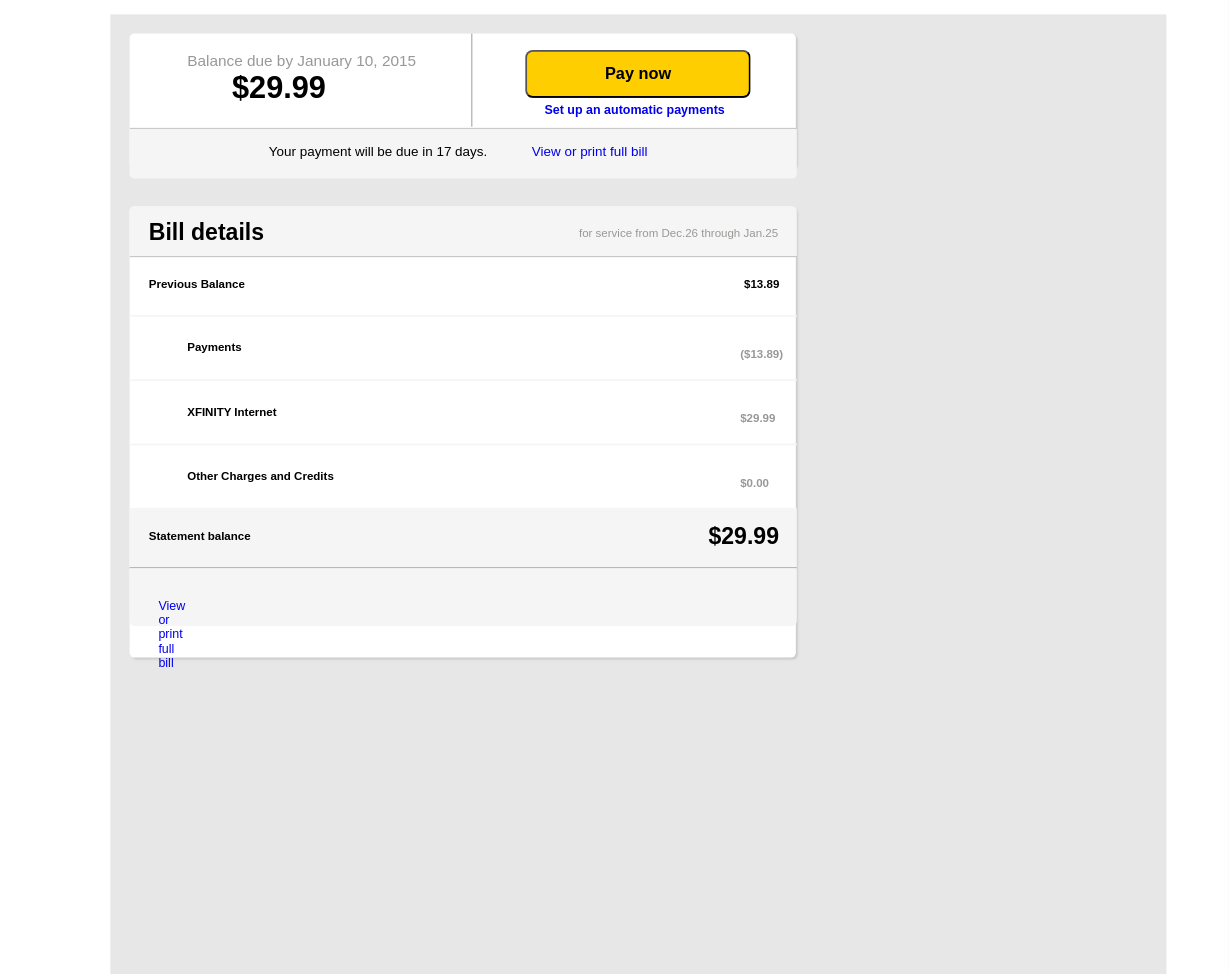
Repository: Sakivaday/UI-TSQ
Page: Aptana Studio 3 Workspace/tsq/assignment3/comcast2.html
These files come from the project's save history. The page is drawn as it stood at one moment and after the next save; the edit follows.
The browser window is 1280 px wide. The pictures show the whole page, at 96% of full size.
Pictures or frames that could not be fetched are drawn as grey boxes.

Above is the page before, as saved 2015-01-21 23:48:53.

### Aptana Studio 3 Workspace/tsq/assignment3/comcast2.html
<!DOCTYPE html>
<html lang="en">
	<head>


		<title>comcast2</title>
		<link href="comcst2.css" rel="stylesheet" type="text/css" media="all"/>
	</head>

	<body>
		<div class="bigbox">
			<div class="topleft1">

				<div class="cash">
					<p>Balance due by January 10, 2015</p>
					<h1>$29.99</h1>
				</div>
				<div class="pay">
					<button>Pay now</button>
					<a href="#">Set up an automatic payments</a>
				</div>
				<div class="days">
					<ul><li>
					<p>Your payment will be due in 17 days.
					<a href="#">View or print full bill</a></p>
				</li></ul>
				</div>
				</div>

			<div class="topleft2">
				<div class="billdetails">
					<h2>Bill details</h2>
					<div class="questionmark"></div>
					<p>for service from Dec.26 through Jan.25</p>
				</div>
			<div class="previousbalance">
				<p id="pb">Previous Balance</p>
				<p id="cc">$13.89</p>
			</div>
			<div class="rectbox1">
				<ul>
					<li>
						<div class="arrow"><p class="lft">Payments</p>
						</div>
						<p class="bill">($13.89)</p>
					</li></ul></div>

			<div class="rectbox1">	<ul>    <li>
						<div class="arrow"><p class="lft">XFINITY Internet</p>
						</div>
						<p class="bill">$29.99</p>
			</li></ul></div>
			<div class="rectbox1"><ul>		<li>
						<div class="arrow"><p class="lft">Other Charges and Credits</p>
						</div>
						<p class="bill">$0.00</p>
			</li></ul></div>
		<div class="statement">
					<p id="sb">Statement balance</p>
					<h2 id="p">$29.99</h2>
				</div>
				<div class="lst">
				<div class="pd">
					<a href="#">View or print full bill</a>
				</div></div>



			</div>



		</div>



	</body>
</html>

### Aptana Studio 3 Workspace/tsq/assignment3/comcst2.css
*{
	padding:0px;
	margin:0px;
	font-family: "Arial";
	text-decoration: none;
	list-style: none;
}
.bigbox {
	width:1100px;
	height: 1000px;
	margin-left:115px;
	margin-top: 15px;
	background-color: #e7e7e7;
}
.topleft1{
	width: 694px;
	height: 140px;
	background-color: white;
	box-shadow: 2px 2px 2px #cacaca;
	border-radius: 5px;
	margin-left: 20px;
	margin-top: 20px;
	display: inline-block;
}
.cash{
	float:left;
	margin-left: 30px;
	margin-top:20px;
	width: 47%;
}
.cash p{
	color: #989896;
	margin-left: 30px;
}
.cash h1{
	text-align: center;
	margin-left: -75px;
}
button{
	background-color: #fece00;
	width: 235px;
	height: 50px;
	border-radius: 8px;
	font-weight: bold;
	font-size: 17px;
	float:left;
	margin-left: 55px;
	margin-top: 17px;
}
.pay a{
	font-size: 13px;
	font-weight:600;
	margin-left: 75px;
	padding-top: 5px;
	padding-bottom: 10px;
	display: inline-block;
}
.pay{
	width: 47%;
	float:left;
	border-left: 1px solid #989896;
}
.days{
	background-color: #F5F5F5;
	border-top: 1px solid #989896;
	height: 52px;
	width: 695px;
	margin-top: 98px;
	border-radius: 0px 0px 5px 5px;
}
.days ul li p{
	margin-left: 145px;
	margin-top: 16px;
	font-size: 14px;
}
.days ul li a{
	font-size:14px;
	margin-left: 274px;
    display:inherit;
    margin-top: -17px;
}
.pdf{
	margin-left: 500px;
	margin-top: 16px;
	font-size: 14px;
}
.topleft2{
	width: 694px;
	height: 470px;
	background-color: white;
	box-shadow: 2px 2px 2px #cacaca;
	border-radius: 5px;
	margin-left: 20px;
	margin-top: 40px;
	display: inline-block;
}
.billdetails{
    background-color: #F5F5F5;
	border-bottom: 1px solid #989896;
	height: 52px;
	width: 695px;
	border-radius: 5px 5px 0px 0px;
}
.billdetails h2{
	margin-top: 13px;
	margin-left: 20px;
	float: left;
}
.questionmark{
	background: url('pictures/sprite.png') no-repeat;
	width:14px;
	height:14px;
	background-position: -200px -1300px;
	float: left;
	margin-top: 21px;
	margin-left: 10px;
}
.billdetails p{
	margin-top: -14px;
	margin-left: 328px;
	float:left;
	font-size: 12px;
	color: #989896;
}
.previousbalance{
	border-bottom: 2px solid #F5F5F5;
	height: 60px;
	width: 695px;
}
#pb{
	margin-left:20px;
	margin-top: 21px;
	font-weight:600;
	float:left;
	font-size: 12px;
}
#cc{
	margin-left:520px;
	margin-top: 21px;
	font-weight:600;
	float: left;
	font-size: 12px;
}
.arrow{
	background: url('pictures/sprite.png') no-repeat;
	width:23px;
	height:23px;
	background-position: -101px -500px;
	float: left;
	margin-top: 21px;
	margin-left: 20px;
}
.lft{
	float: left;
	margin-top: 4px;
	margin-left: 40px;
	font-weight:600;
	font-size: 12px;
	width: 160px;
}
.bill{
	float: left;
	margin-top: -12px;
	margin-left: 636px;
	font-weight:600;
	font-size: 12px;
	color: #989896;
	display:inline-block;
}
.rectbox1{
	border-bottom: 2px solid #F5F5F5;
	height: 65px;
	width: 695px;
}
.statement{
	border-bottom: 1px solid #989896;
	height: 60px;
	width: 695px;
	background-color: #F5F5F5;
}
#sb{
	margin-left:20px;
	margin-top: 21px;
	font-weight:600;
	float:left;
	font-size: 12px;
}
#p{
	margin-left: 603px;
	margin-top: -21px;
	float: left;
}
.lst{
	height: 60px;
	width: 695px;
	background-color: #F5F5F5;
	border-radius: 0px 0px 5px 5px;
}
.pd{
	background: url('pictures/sprite.png') no-repeat;
	width:22px;
	height:27px;
	background-position: -252px -300px;
	float: left;
	margin-top: 21px;
	margin-left: 10px;
}
.lst .pd a{
	float: left;
	margin-left: 20px;
	margin-top: 10px;
	font-size: 13px;
}

After the next save:
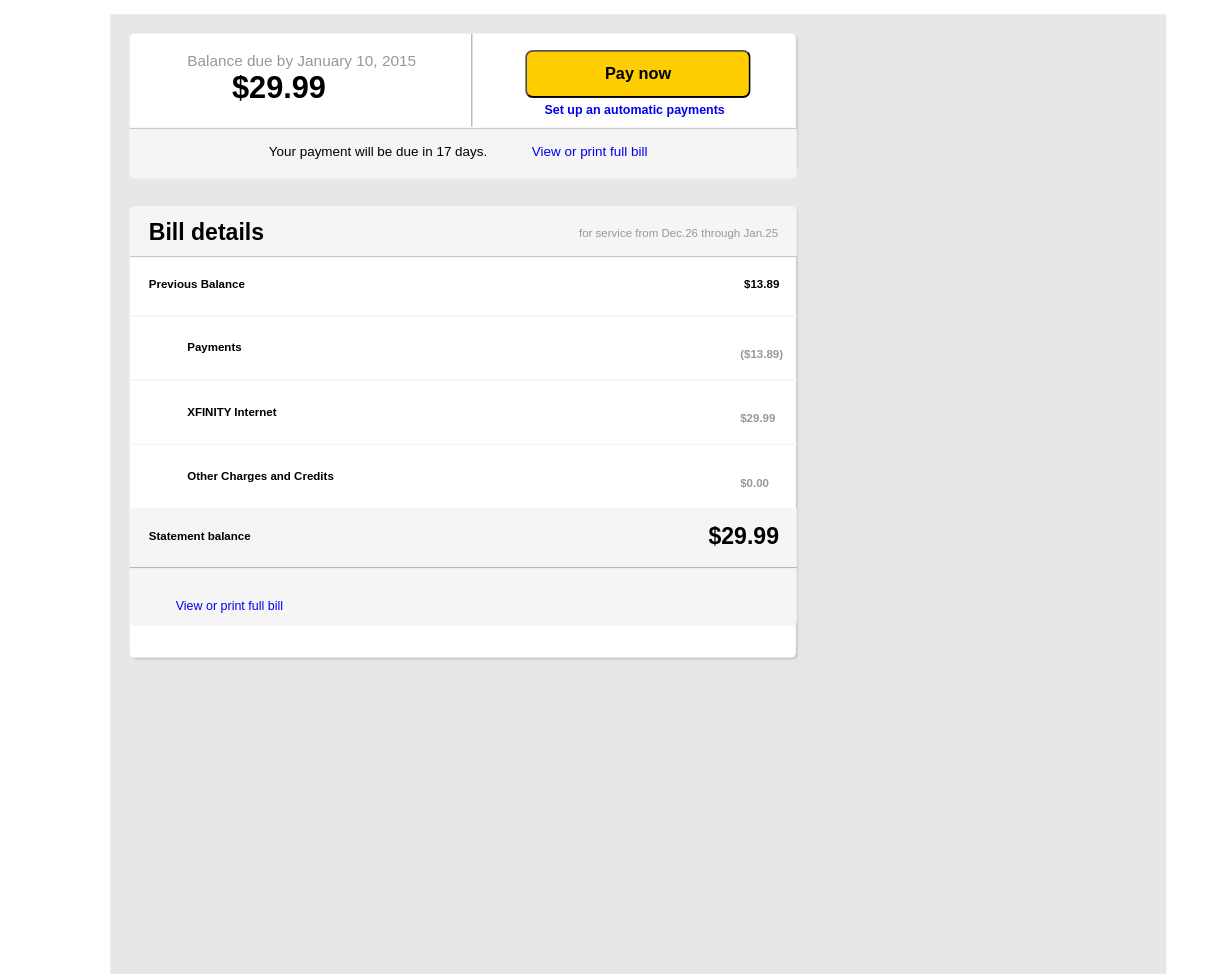
Saved 26 s later.
--- a/Aptana Studio 3 Workspace/tsq/assignment3/comcst2.css
+++ b/Aptana Studio 3 Workspace/tsq/assignment3/comcst2.css
@@ -207,7 +207,8 @@ button{
 }
 .lst .pd a{
 	float: left;
-	margin-left: 20px;
+	margin-left: 38px;
 	margin-top: 10px;
 	font-size: 13px;
-}
+	width: 140px;
+}
